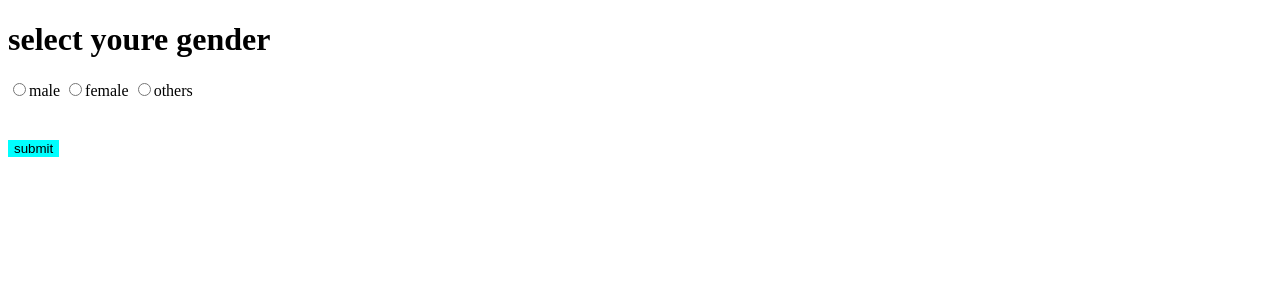
Repository: albinsabu2023/Stopwatch-program
Page: index.html
The author's editor kept a copy of each file at every save. The page is drawn from the files as they stood at one save, then again after the next save.
The browser window is 1280 px wide. The pictures show the whole page.
After loading, the first visible `#submit` was clicked once.

Above is the page before, as saved 2023-03-03 09:51:03.

### index.html
<!DOCTYPE html>

<head>
    <meta charset="UTF-8">
    <meta http-equiv="X-UA-Compatible" content="IE=edge">
    <meta name="viewport" content="width=device-width, initial-scale=1.0">
    <link rel="stylesheet" href="style.css">
    <title>Document</title>
</head>
    <h1>select youre gender</h1>
    <input type="radio" name="gender" id="male">male</input>
    <input type="radio" name="gender" id="female">female</input>
    <input type="radio" name="gender" id="others">others</input><br>
    <h1 id="ans"></h1><br>
    <button id="submit">submit</button>
    <script src="index.js"></script>
</body>
</html>

### style.css
.c-1{
    padding: 30px;
    border: 2px solid gray;
    border-radius: 5px;
    background-color: aquamarine;
}
#cel,#far{
    margin-bottom: 20px;
}
#submit{
    background-color: blanchedalmond;
    border:none;
    display: felx;
    background-color: aqua;

}
#submit:hover{
    background-color: blue;

}

### index.js
document.getElementById("submit").onclick = function () {
  if (document.getElementById("male").checked) {
    document.getElementById("ans").innerHTML =
      "thankou for feedback you are male";
  } else if (document.getElementById("female").checked) {
    document.getElementById("ans").innerHTML =
      "thankou for feedback you are female";
  } else if (document.getElementById("others").checked) {
    document.getElementById("ans").innerHTML =
      "thankou for feedback you are others";
  } else {
    console.log("please choose any of the categoy");
  }
};

After the next save:
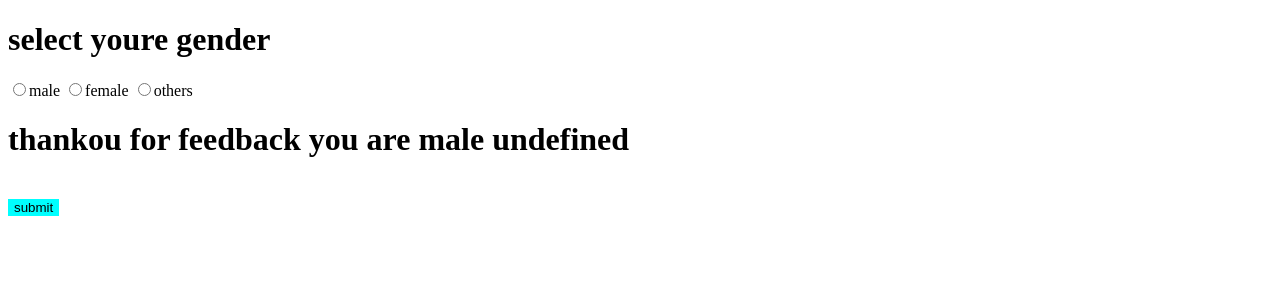
Saved 114 s later.
--- a/index.js
+++ b/index.js
@@ -1,14 +1,15 @@
 document.getElementById("submit").onclick = function () {
+  var res;
   if (document.getElementById("male").checked) {
-    document.getElementById("ans").innerHTML =
-      "thankou for feedback you are male";
+    res = "male";
   } else if (document.getElementById("female").checked) {
-    document.getElementById("ans").innerHTML =
-      "thankou for feedback you are female";
+    res = "female";
   } else if (document.getElementById("others").checked) {
-    document.getElementById("ans").innerHTML =
-      "thankou for feedback you are others";
+    res = "others";
   } else {
     console.log("please choose any of the categoy");
   }
+  document.getElementById(
+    "ans"
+  ).innerHTML = `thankou for feedback you are male ${res}`;
 };
